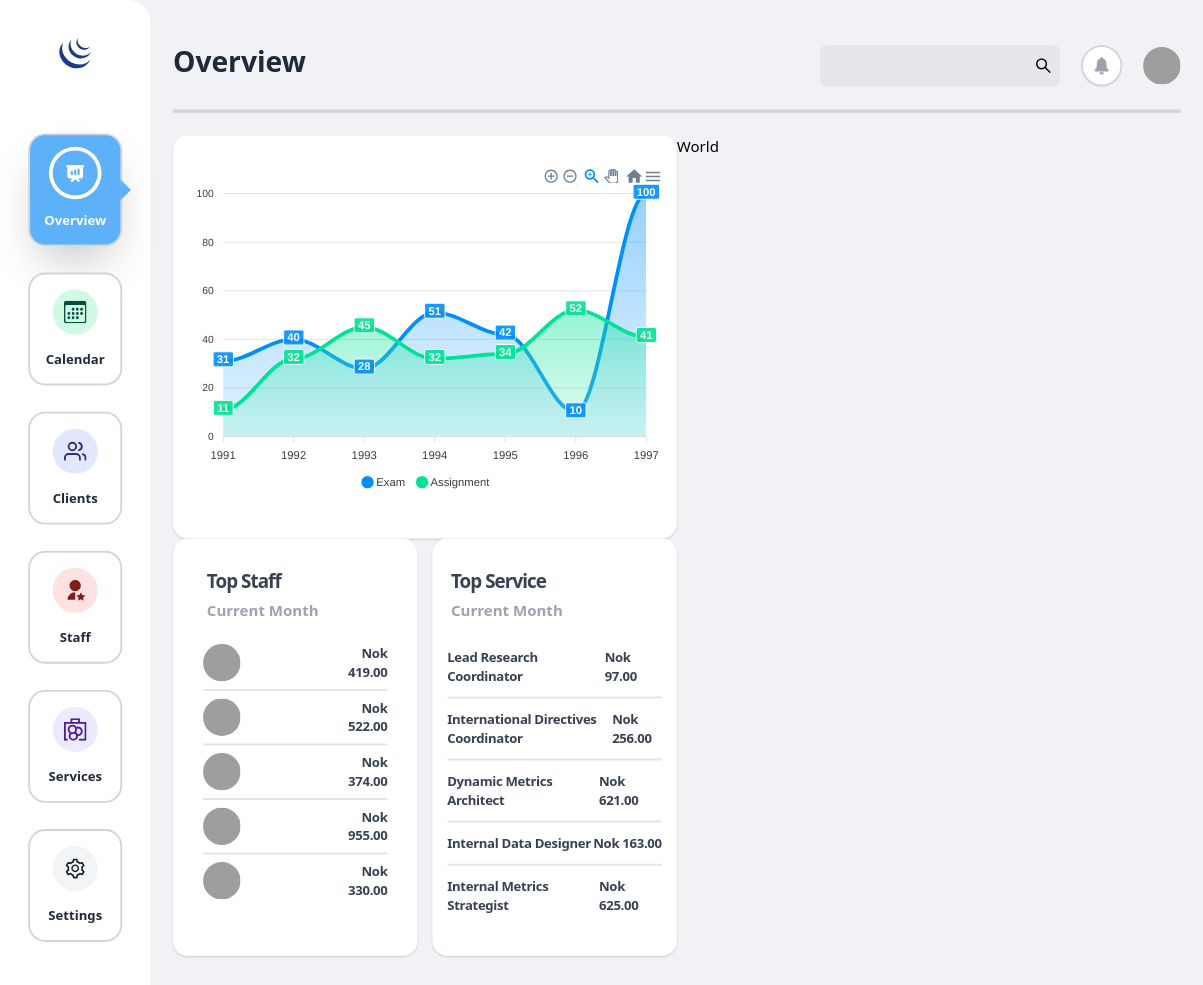
Repository: coolronts/dashboard
Page: /
These files come from the project's save history. The page is drawn as it stood at one moment and after the next save; the edit follows.
The browser window is 1280 px wide. The pictures show the whole page, at 94% of full size.
Pictures or frames that could not be fetched are drawn as grey boxes. The project was rebuilt for these pictures with package versions that can differ from the ones it lists, and the page was loaded fresh each time. Also part of the build but not shown: craco.config.js.

Above is the page before, as saved 2021-11-28 03:23:59.

### src/index.tsx
import './index.css';

import App from './App';
import React from 'react';
import ReactDOM from 'react-dom';

ReactDOM.render(
  <React.StrictMode>
    <App />
  </React.StrictMode>,
  document.getElementById('root')
);

### src/App.tsx
import './App.css';

import Home from './Pages/Home'

function App() {
  return (
    <div className="App">
      <Home/>
    </div>
  );
}

export default App;

### src/App.css
* {
    margin: 0;
    padding: 0;
}

.App {
    background-color: #F0F2F5;
}

### src/Pages/Home/index.tsx
import AppointmentActivity from '../../Units/AppointmentActivity'
import LeftDrawer from '../../Units/LeftDrawer'
import SectionHeader from '../../Units/SectionHeader'
import SplitScreen from '../../Components/SplitScreen'
import TopService from '../../Units/TopService'
import TopStaff from '../../Units/TopStaff'

const Home: React.FC = () => {
  const styles = {
    leftDrawer: 'bg-white px-8 rounded-tr-3xl py-8',
  }
  return (
    <div className="flex">
      <div className={styles.leftDrawer}>
        <LeftDrawer/>
      </div>
      <div className="flex-1 mx-6 mt-12">
        <SectionHeader />
        <hr className="bg-gray-300 h-1 my-6" />
        <SplitScreen leftWeight="w-1/2" rightWeight="w-1/2" >
          <div>
            <AppointmentActivity />
            <div className="w-full flex justify-between">
              <TopStaff />
              <div className="w-4"/>
              <TopService />
            </div>
          </div>
          <div>World</div>
        </SplitScreen>
      </div>
    </div>
  )
}

export default Home

### src/Units/AppointmentActivity/index.tsx
import Card from '../../Components/Card'
import MultiLine from '../../Components/Charts/MultiLine'

const AppointmentActivity: React.FC = () => {
  return (
    <div>
      <Card
        Element={
          <MultiLine />
        }
      />

    </div>
  )
}

export default AppointmentActivity

### src/Units/LeftDrawer/index.tsx
import { Calendar, Clients, Overview, Services, Settings, Staff } from '../../Components/Icons'

import {CompanyLogo} from '../../Components/Icons'
import Logo from '../../Components/Logo'

const LeftDrawer: React.FC = () => {
  const styles = {
    CompanyLogo: "text-5xl text-blue-900 w-full mb-12",
    menu: "flex flex-col justify-between bg-blue.primary"
  }
  const icons = [
    { Icon: <Overview />, name: 'overview', color: 'blue', active: true },
    { Icon: <Calendar />, name: 'calendar', color: 'green', active: false },
    { Icon: <Clients />, name: 'clients', color: 'indigo', active: false  },
    { Icon: <Staff />, name: 'staff', color: 'red', active: false  },
    { Icon: <Services />, name: 'services', color: 'purple', active: false  },
    { Icon: <Settings />, name: 'settings', color: 'gray', active: false  },
  ]

  return (
    <div className="m-auto">
      <CompanyLogo className={styles.CompanyLogo}/>
      <div className={styles.menu}>
        {icons.map((icon, index) =>  <Logo Icon={icon.Icon} name={icon.name} color={icon.color} key={index} active={icon.active} />)}
      </div>
    </div>
  )

}

export default LeftDrawer

### src/Units/SectionHeader/index.tsx
import Avatar from '../../Components/Avatar'
import {Notification} from '../../Components/Buttons'
import {Notifications} from '../../Components/Icons'
import TextBox from '../../Components/TextBox'

const SectionHeader: React.FC = () => {
  const styles = {
    heading: "text-3xl text-gray-800 font-bold",
    body: "flex justify-between",
    leftComponent: "flex items-center justify-around"
  }
  return (
    <div className={styles.body}>
      <h1 className={styles.heading}>Overview</h1>
      <div className={styles.leftComponent}>
        <TextBox />
        <Notification Icon={<Notifications />} />
        <Avatar />
      </div>
    </div>
  )
}

export default SectionHeader

### src/Components/SplitScreen/index.tsx
import tw from "tailwind-styled-components"

interface SplitScreenProps {
  children: React.ReactNode[];
  containerWeight?: string;
  leftWeight?: string;
  rightWeight?: string;
}
const SplitScreen: React.FC<SplitScreenProps> = ({
	children,
	containerWeight = 'flex w-full',
  leftWeight = 'w-1/2',
	rightWeight = 'w-full',
}) => {
  const Container = tw.div``;
  const Pane = tw.div``;

	const [left, right] = children;
	return (
		<Container className={containerWeight}>
			<Pane className={leftWeight}>
				{left}
			</Pane>
			<Pane className={rightWeight}>
				{right}
			</Pane>
		</Container>
	);
}

export default SplitScreen

### src/Units/TopService/index.tsx
import { useEffect, useState } from 'react'

import Card from '../../Components/Card'
import createRandomData from '../../api/TopService'

interface dataProps {
  position: string,
  price: number
}
const TopService: React.FC = () => {
  const [data, setData] = useState<dataProps[]>([])
  const styles = {
    table: `bg-white w-full divide-solid divide-y-2 divide-opacity-60 divide-gray-300 text-gray-700`,
    row: `flex py-3 text-sm items-center font-semibold font-sans tracking-tight py-2 justify-between`
  }

  if (data.length === 0) {
    createRandomData(5)
      .then(response => setData(response))
  }
  useEffect(() => { }, [data])

  return (
    <Card size="sm" Element={
      <div className="px-2">
        <div className="px-1 mb-4 font-semibold font-sans capitalize">
          <p className="tracking-tighter text-xl text-gray-700">Top Service</p>
          <p className="text-md text-gray-400 pt-1">Current month</p>
        </div>
        <div className={styles.table}>
          {data.map((item, i) => (
            <div className={styles.row} key={i}>
                <p>{item.position}</p>
                <p>Nok {item.price}</p>
            </div>
          ))}
        </div>
      </div>
    }/>
  )
}

export default TopService

### src/Units/TopStaff/index.tsx
import Avatar from '../../Components/Avatar'
import Card from '../../Components/Card'
import createRandomData from '../../api/TopStaff'
import {useState} from 'react'

interface dataProps {
  avatar: string,
  name: string,
  price: number
}
const TopStaff: React.FC = () => {
  const [data, setData] = useState<dataProps[]>([])
  if (data.length === 0) {
    createRandomData(5)
    .then(response => setData(response))
  }

  const styles = {
    table: `bg-white w-full divide-solid divide-y-2 divide-opacity-60 divide-gray-300 text-gray-700`,
    row: `flex text-sm items-center font-semibold font-sans tracking-tight py-2`
  }
  return (
    <Card size="sm" Element={
      <div className="px-6">
        <div className="px-1 mb-4 font-semibold font-sans capitalize">
          <p className="tracking-tighter text-xl text-gray-700">Top Staff</p>
          <p className="text-md text-gray-400 pt-1">Current month</p>
        </div>
        <div className={styles.table}>
          {data.map((item, i) => (
            <div className={styles.row} key={i}>
              <div className="w-2/3 flex items-center">
                <Avatar img={item.avatar}/>
                <p className="ml-2">{item.name}</p>
              </div>
              <div className="w-1/3 text-right">
                <p className="">Nok {item.price}</p>
              </div>
            </div>
          ))}
        </div>
      </div>
    } />
  )
}

export default TopStaff

### src/Components/Card/index.tsx
import { ReactNode } from "react"

interface CardProps {
  size?: string;
  Element: ReactNode
}

const Card: React.FC<CardProps> = ({ size, Element}) => {
  const styles = {
    body: `bg-white px-2 py-8 rounded-2xl shadow ${size==='sm' ? 'w-3/6': 'w-full'}` ,
  }
  return (
    <div className={styles.body}>
      {Element}
    </div>
  )
}

export default Card

### src/Components/Charts/MultiLine/index.tsx
import ReactApexChart from "react-apexcharts";

const series = [
  {
    name: 'Exam',
    data: [31, 40, 28, 51, 42, 10, 100]
  }, {
    name: 'Assignment',
    data: [11, 32, 45, 32, 34, 52, 41]
  }
]


const options = {
  chart: {
    id: 'apexchart-example'
  },
  xaxis: {
    categories: [1991, 1992, 1993, 1994, 1995, 1996, 1997, 1998, 1999]
  }
}

const MultiLine: React.FC = () => {
  return (
    <div id="chart">
      <ReactApexChart options={options} series={series} type="area" height={350} />
    </div>

  )
}

export default MultiLine

### src/Components/Icons/index.tsx
import {AiOutlineSearch} from 'react-icons/ai'
import {AiOutlineSetting} from 'react-icons/ai'
import {BsCalendar3} from 'react-icons/bs'
import {DiJqueryLogo} from 'react-icons/di'
import {FiUsers} from 'react-icons/fi'
import {GrBusinessService} from 'react-icons/gr'
import { HiPresentationChartBar } from 'react-icons/hi'
import {ImArrowRight} from 'react-icons/im'
import {IoIosNotifications} from 'react-icons/io'
import { RiUserStarFill } from 'react-icons/ri'

export {
  HiPresentationChartBar as Overview,
  BsCalendar3 as Calendar,
  FiUsers as Clients,
  RiUserStarFill as Staff,
  GrBusinessService as Services,
  AiOutlineSetting as Settings,
  ImArrowRight as ArrowRight,
  DiJqueryLogo as CompanyLogo,
  AiOutlineSearch as Search,
  IoIosNotifications as Notifications
}

### src/Components/Logo/index.tsx
import {ArrowRight} from '../Icons'
import React from 'react';

interface IconProps {
  Icon: React.ReactNode;
  name: string,
  color: string,
  active?: boolean
}


const Logo: React.FC<IconProps> = ({ Icon, name, color, active=false }) => {

  const styles = {
    body:`relative group my-4 text-2xl px-12 py-4 bg-white ring-2 ring-gray-300 w-20 rounded-2xl flex flex-col items-center justify-around hover:bg-blue-primary hover:shadow-2xl cursor-pointer ${active ? 'bg-blue-primary shadow-2xl' :'bg-white'}`,
    name: `${active ? 'text-white': 'text-gray-800'} group-hover:text-white capitalize text-sm font-semibold mt-4`,
    icon: `${active ? 'bg-blue-primary text-white': `bg-${color}-100 text-${color}-900`} rounded-full p-3 group-hover:bg-blue-primary group-hover:text-white ring-4 ring-white`,
    arrowRight: `${active?'text-blue-primary': 'text-transparent'} absolute -right-3 text-transparent`
  }
  return (
    <div className={styles.body}>
      <div className={styles.icon}> {Icon} </div>
      <p className={styles.name}> {name} </p>
      <ArrowRight className={styles.arrowRight}/>
    </div>
  )
}

export default Logo

### src/Components/Avatar/index.tsx
interface AvatarProps {
  img?: string;
  radius?: number;
}
const imgLink="https://images.unsplash.com/photo-1472099645785-5658abf4ff4e?ixlib=rb-1.2.1&ixid=eyJhcHBfaWQiOjEyMDd9&auto=format&fit=facearea&facepad=2&w=256&h=256&q=80"

const Avatar: React.FC<AvatarProps> = ({ img = imgLink, radius = 10 }) => {
  console.log(img)
  const styles = {
    avatar:`inline-block h-${radius} w-${radius} rounded-full cursor-pointer`
  }
  return (
    <div>
      <img
        className={styles.avatar}
        src={img}
        alt=""
      />
    </div>
  )
}

export default Avatar

### src/Components/Buttons/index.tsx
interface NotificationProps{
  Icon: React.ReactNode;
}

export const Notification: React.FC<NotificationProps> = ({ Icon }) => {
  const styles = {
    icon: "ring-2 ring-gray-300 text-2xl font-bold p-2 bg-white rounded-full mx-6 shadow text-gray-400 cursor-pointer hover:shadow-2xl"
  }
  return (
    <>
      <div className={styles.icon}>{Icon}</div>
    </>
  )
}

### src/Components/TextBox/index.tsx
import {Search} from '../Icons'

const TextBox: React.FC = () => {
  const styles = {
    body: "relative",
    textBox: "bg-gray-200 w-64 rounded-lg py-3 px-4 font-semibold text-sm focus:ring-2 ring-gray-600 outline-none",
    searchIcon: "absolute right-2 top-3 text-xl"
  }

  return (
    <div className={styles.body}>
      <input className={styles.textBox} type="text" />
      <Search className={styles.searchIcon}/>

    </div>
  )
}

export default TextBox

### src/api/TopService.ts
var faker = require('faker')

const createRandomData = async (n: number) => {
  let data = []
  for (let i = 0; i < n; i++) {
    await data.push({
      position: faker.name.jobTitle(),
      price: faker.commerce.price()
    })
  }
  console.log(data)
  return data
}

export default createRandomData

### src/api/TopStaff.ts
var faker = require('faker')

const createRandomData = async (n: number) => {
  let data = []
  for (let i = 0; i < n; i++) {
    await data.push({
      position: faker.name.jobTitle(),
      price: faker.commerce.price()
    })
  }
  return data
}

export default createRandomData

### tailwind.config.js
module.exports = {
    purge: ["./src/**/*.{js,jsx,ts,tsx}", "./public/index.html"],
    darkMode: false, // or 'media' or 'class'
    theme: {
        extend: {
            colors: {
                blue: {
                    primary: "#5DB1F8",
                    secondary: "#38A3FF",
                    tertiary: "#1D90F3",
                },
            },
        },
    },
    variants: {
        extend: {},
    },
    plugins: [],
};

Loaded but not shown: public/index.html (common file); src/index.css (common file)

After the next save:
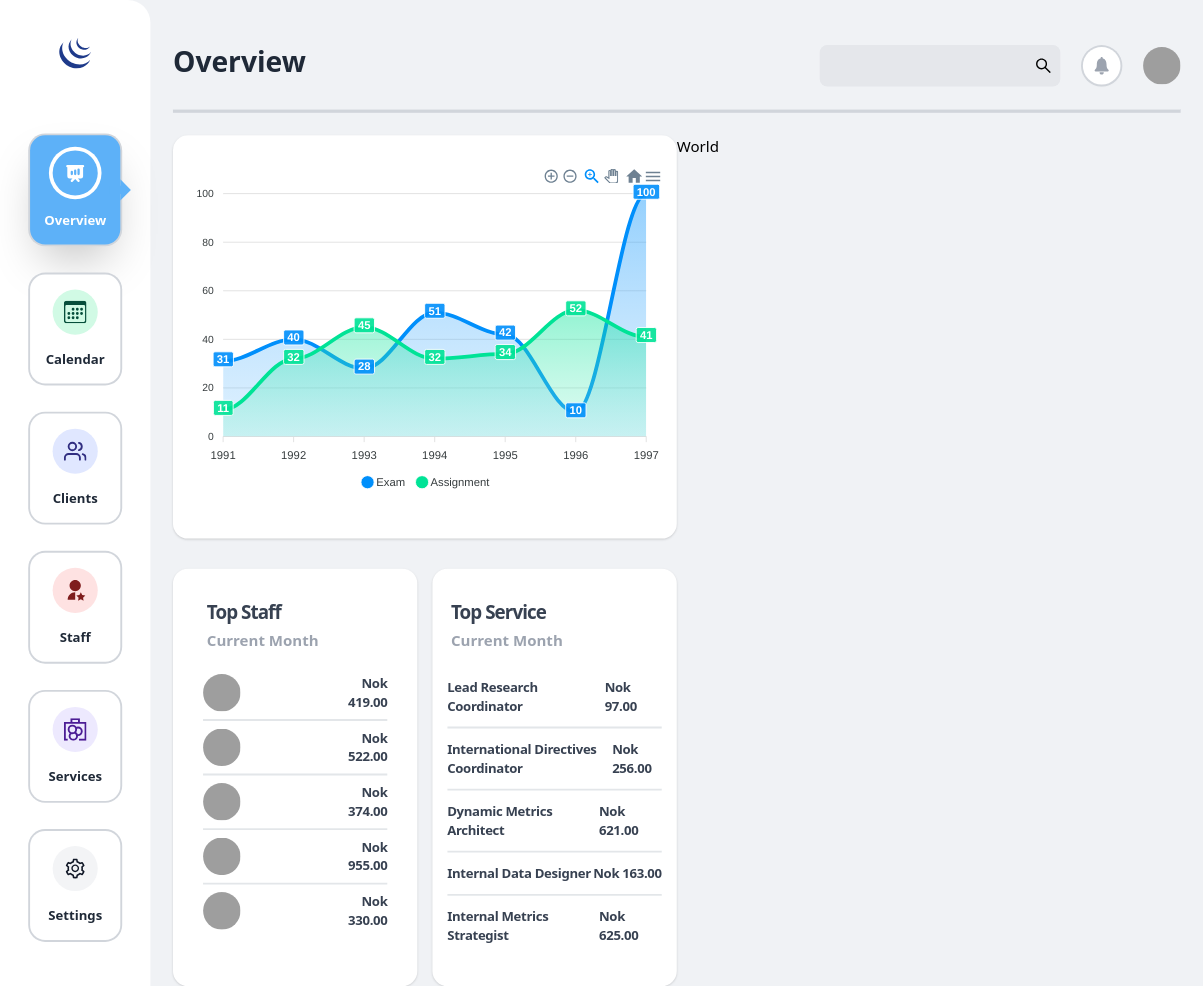
Saved 52 s later.
--- a/src/Pages/Home/index.tsx
+++ b/src/Pages/Home/index.tsx
@@ -20,7 +20,7 @@ const Home: React.FC = () => {
         <SplitScreen leftWeight="w-1/2" rightWeight="w-1/2" >
           <div>
             <AppointmentActivity />
-            <div className="w-full flex justify-between">
+            <div className="w-full flex justify-between mt-8">
               <TopStaff />
               <div className="w-4"/>
               <TopService />
